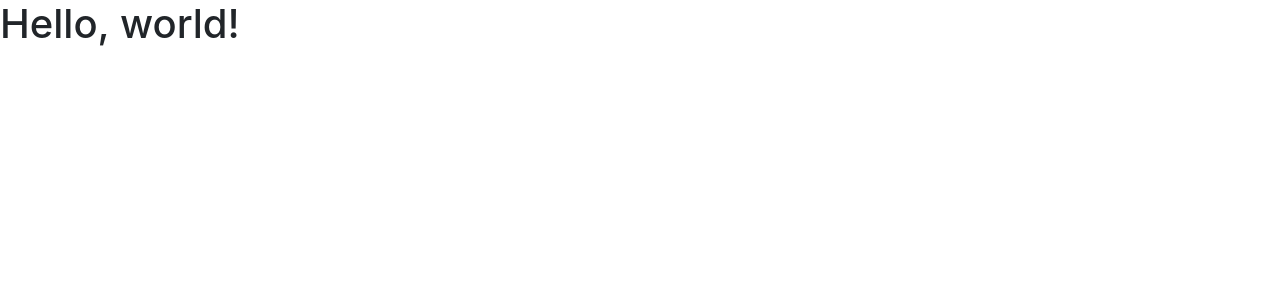
Repository: high-in-entropy/SpringFramework
Page: http://localhost/springmvc/register
An editor plug-in stored every save of this project. The page is shown before and after the next save, followed by the edit.
The browser window is 1280 px wide. The pictures show the whole page.
Some web libraries are served in a nearby version. The page is served by Tomcat 9. Other server files are loaded and not shown.

Above is the page before, as saved 2021-08-24 05:11:05.

### springmvc/src/main/webapp/WEB-INF/spring-servlet.xml
<?xml version="1.0" encoding="UTF-8"?>

<beans xmlns="http://www.springframework.org/schema/beans"
	xmlns:xsi="http://www.w3.org/2001/XMLSchema-instance" xmlns:context="http://www.springframework.org/schema/context"
	xmlns:p="http://www.springframework.org/schema/p"
	xsi:schemaLocation="http://www.springframework.org/schema/beans
    http://www.springframework.org/schema/beans/spring-beans.xsd
    http://www.springframework.org/schema/context
    http://www.springframework.org/schema/context/spring-context.xsd">

    <context:component-scan base-package="springmvc.controller"/>

    <bean class="org.springframework.web.servlet.view.InternalResourceViewResolver" name="viewResolver">
    	<property name="prefix" value="/WEB-INF/views/"/>
    	<property name="suffix" value=".jsp"/>
    </bean>

</beans>

### springmvc/src/main/webapp/WEB-INF/views/register.jsp
<%@ page language="java" contentType="text/html; charset=ISO-8859-1"
    pageEncoding="ISO-8859-1"%>
<!doctype html>
<html lang="en">
  <head>
    <!-- Required meta tags -->
    <meta charset="utf-8">
    <meta name="viewport" content="width=device-width, initial-scale=1, shrink-to-fit=no">

    <!-- Bootstrap CSS -->
    <link rel="stylesheet" href="https://maxcdn.bootstrapcdn.com/bootstrap/4.0.0/css/bootstrap.min.css" integrity="sha384-Gn5384xqQ1aoWXA+058RXPxPg6fy4IWvTNh0E263XmFcJlSAwiGgFAW/dAiS6JXm" crossorigin="anonymous">

    <title>Registration Page</title>
  </head>
  <body>
    <h1>Hello, world!</h1>

    <!-- Optional JavaScript -->
    <!-- jQuery first, then Popper.js, then Bootstrap JS -->
    <script src="https://code.jquery.com/jquery-3.2.1.slim.min.js" integrity="sha384-KJ3o2DKtIkvYIK3UENzmM7KCkRr/rE9/Qpg6aAZGJwFDMVNA/GpGFF93hXpG5KkN" crossorigin="anonymous"></script>
    <script src="https://cdnjs.cloudflare.com/ajax/libs/popper.js/1.12.9/umd/popper.min.js" integrity="sha384-ApNbgh9B+Y1QKtv3Rn7W3mgPxhU9K/ScQsAP7hUibX39j7fakFPskvXusvfa0b4Q" crossorigin="anonymous"></script>
    <script src="https://maxcdn.bootstrapcdn.com/bootstrap/4.0.0/js/bootstrap.min.js" integrity="sha384-JZR6Spejh4U02d8jOt6vLEHfe/JQGiRRSQQxSfFWpi1MquVdAyjUar5+76PVCmYl" crossorigin="anonymous"></script>
  </body>
</html>

### springmvc/src/main/java/springmvc/controller/HomeController.java
package springmvc.controller;

import org.springframework.stereotype.Controller;
import org.springframework.ui.Model;
import org.springframework.web.bind.annotation.RequestMapping;
import org.springframework.web.bind.annotation.RequestMethod;
import org.springframework.web.servlet.ModelAndView;

@Controller
//@RequestMapping("<>") can be used atop the class too. in that case this url will form the
//base to the urls defined in methods down below.
@RequestMapping("/")
public class HomeController {


	/*
	 * Add the address suffix here. For example if you need an about.jsp page, add
	 * /about and return "about" form the about method. the ViewController we
	 * declared in config.xml will take care of amending the URL path with suffix
	 * and prefix(=.jsp). So in short, everytime you wanna create a new page, just
	 * add its method here and create the display (or view in MVC terms) in views folder.
	 */

	@RequestMapping("/")
	public String home(Model model) {
		System.out.println("this is home method in Controller");
		model.addAttribute("Name", "Viraj Mohile");
		return "index";
	}

	@RequestMapping("/help")
	public ModelAndView help() {
		System.out.println("We are inside help controller! This is ModelAndView "
				+ "way of bringing model to the view.");
		ModelAndView model = new ModelAndView();
		//If we make the page name the same as requestmapping name, no need of setViewName
		model.setViewName("help1");
		model.addObject("name","Viraj Mohile is here to help");
		return model;

	}
	//The method by which model is retrieved from the view by the controller.
	@RequestMapping(path = "/register", method = RequestMethod.GET)
	public String register() {
		return "register";
	}


}

After the next save:
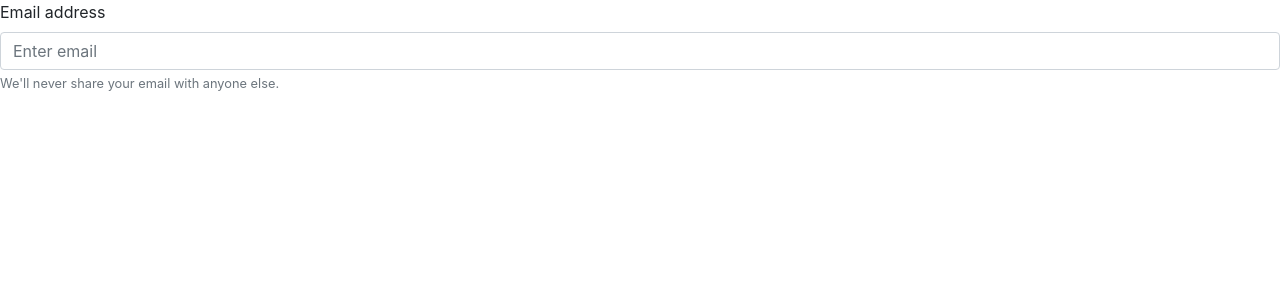
Saved 3 min 46 s later.
--- a/springmvc/src/main/webapp/WEB-INF/views/register.jsp
+++ b/springmvc/src/main/webapp/WEB-INF/views/register.jsp
@@ -13,7 +13,15 @@
     <title>Registration Page</title>
   </head>
   <body>
-    <h1>Hello, world!</h1>
+
+
+   <form>
+ 		<div class="form-group">
+   			<label for="exampleInputEmail1">Email address</label>
+   			<input type="email" class="form-control" id="exampleInputEmail1" aria-describedby="emailHelp" placeholder="Enter email">
+   			<small id="emailHelp" class="form-text text-muted">We'll never share your email with anyone else.</small>
+ 		</div>
+ 	</form>
 
     <!-- Optional JavaScript -->
     <!-- jQuery first, then Popper.js, then Bootstrap JS -->
